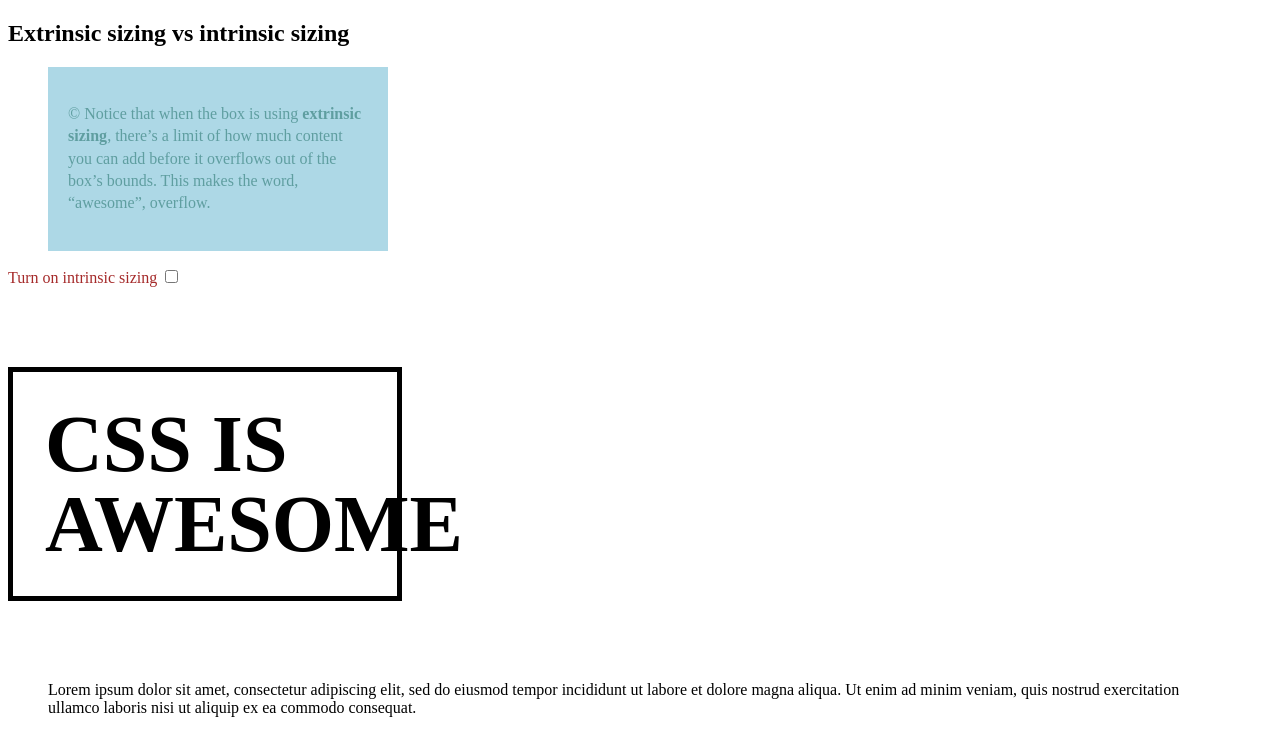
Repository: sristigupta04/basic-js-project
Page: box model/box.html
An editor plug-in stored every save of this project. The page is shown before and after the next save, followed by the edit.
The browser window is 1280 px wide. The pictures show the whole page.

Above is the page before, as saved 2025-11-03 01:08:38.

### box model/box.html
<!DOCTYPE html>
<html lang="en">
<head>
    <meta charset="UTF-8">
    <meta name="viewport" content="width=device-width, initial-scale=1.0">
    <title>Document</title>
    <link rel="stylesheet" href="box.css"/>
</head>
<body>
    <main>
  <div class="wrapper">
    <article class="flow">
      <h1>Extrinsic sizing vs intrinsic sizing</h1>
      <figure class="callout">
        <p>
        &#169;  Notice that when the box is using <strong>extrinsic sizing</strong>, there’s
          a limit of how much content you can add before it overflows out of the box’s
          bounds. This makes the word, “awesome”, overflow.
        </p>
      </figure>
      <label class="toggle" for="intrinsic-switch">
        <span class="toggle__label">Turn on intrinsic sizing</span>
        <input type="checkbox" role="switch" class="toggle__element" id="intrinsic-switch" />
        <div class="toggle__decor" aria-hidden="true">
          <div class="toggle__thumb"></div>
        </div>
      </label>
      <p class="awesome" data-element="awesome">CSS is awesome</p>
    </article>
  </div>
  <article class="flow">
  <blockquote>Lorem ipsum dolor sit amet, consectetur adipiscing elit, sed do eiusmod tempor incididunt ut labore et dolore magna aliqua. Ut enim ad minim veniam, quis nostrud exercitation ullamco laboris nisi ut aliquip ex ea commodo consequat.</blockquote>
</article>
  <script src="box.js"></script>
</main>
</body>
</html>

### box model/box.css
*{
    padding: 0;
}
.callout{
    background-color: lightblue;
    color:cadetblue;
    line-height:1.4rem;
    width:300px;
    padding: 20px;;
}

.toggle{
color:brown;
}
.toggle_element{
width:10px;
height: 40px;
background-color: cadetblue;
}

.awesome{
    text-transform: uppercase;
  font-size: 5rem;
  font-weight: 700;
  line-height: 1;
  border: 5px solid;
  padding: 2rem;
  width: 320px;
}

awesome[data-sizing="intrinsic"] {
  width: min-content;
}

/*


Presentational styles
*/
.awesome {
  --flow-space: 2rem;
}

### box model/box.js
const awesome = document.querySelector('[data-element="awesome"]');
const intrinsicSwitch = document.querySelector("#intrinsic-switch");


intrinsicSwitch.addEventListener("change", ()  =>{
    awesome.setAttribute("data-sizing",intrinsicSwitch.checked ? "intrinsic" : "extrinsic" );
});

After the next save:
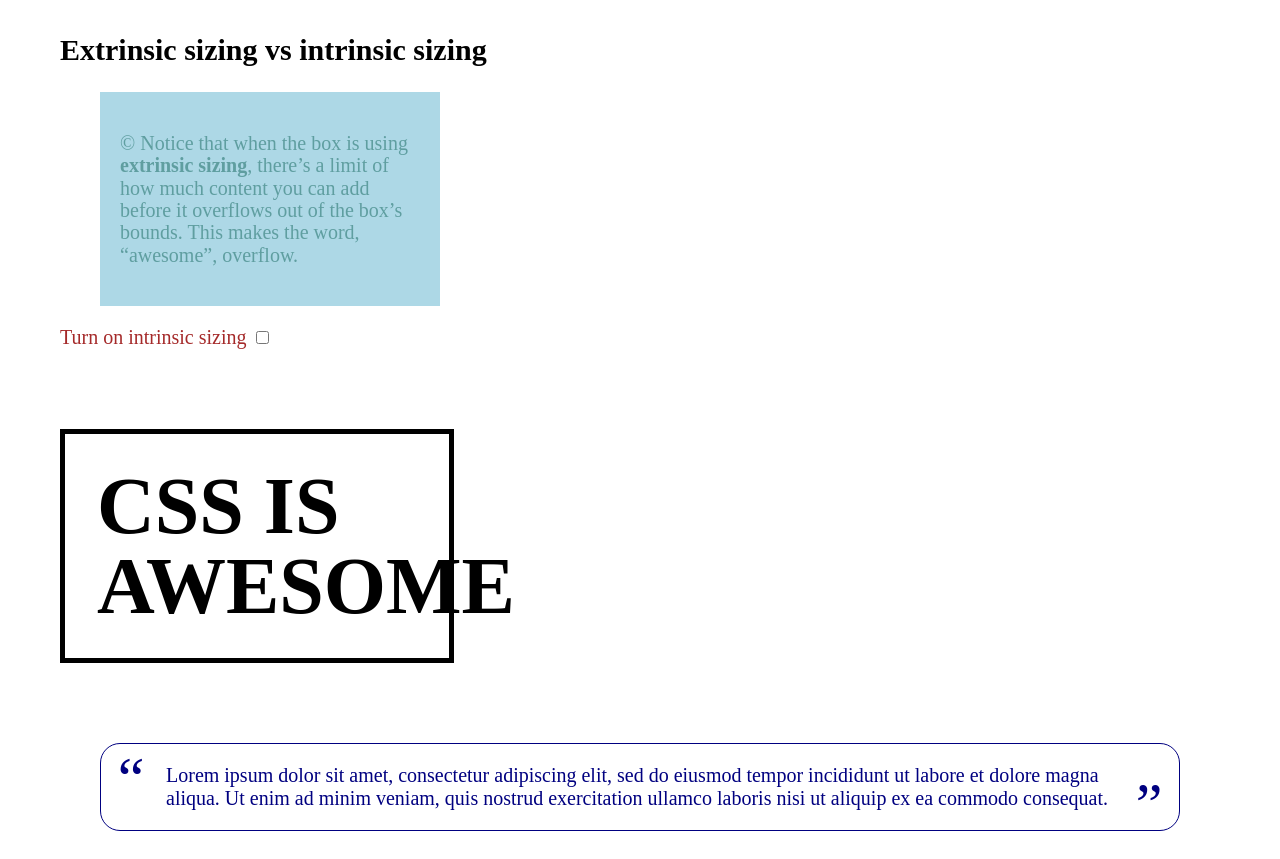
Saved 34 s later.
--- a/box model/box.css
+++ b/box model/box.css
@@ -40,3 +40,48 @@ Presentational styles
 .awesome {
   --flow-space: 2rem;
 }
+
+blockquote, blockquote::before, blockquote::after {
+  color: navy;
+  & {
+    border: 1px solid navy;
+  }
+}
+
+/* presentational styles */
+
+blockquote {
+  border-radius: 1em;
+  padding:  1em 3.25em;
+  position: relative;
+}
+
+blockquote::before {
+  content: open-quote;
+  inset-block-start: 0;
+  inset-inline-start: 0;
+}
+
+blockquote::after {
+  content: close-quote;
+  inset-block-end: 0;
+  inset-inline-end: 0;
+}
+
+blockquote::before,
+blockquote::after {
+  display: block;
+  inline-size: 1em;
+  block-size: 1em;
+  font-size: 3em;
+  border-radius: 100%;
+  text-align: center;
+  position: absolute;
+}
+
+body {
+  display: grid;
+  margin-inline: 3em;
+  place-content: safe center;
+  font-size: 1.25em;
+}
